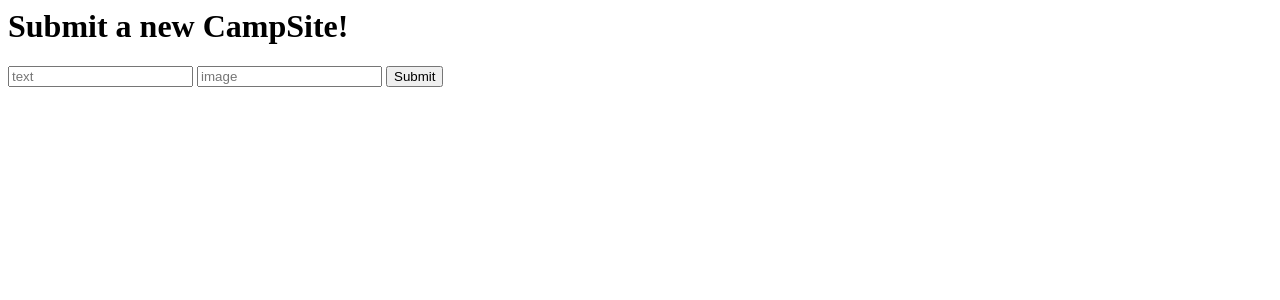
Repository: ritwikjog/Yelp-Camp
Page: http://localhost/campsites/new
The author's editor kept a record of every edit. The page is drawn from the files as they stood at one moment, then again after the next edit.
The browser window is 1280 px wide. The pictures show the whole page.
Some web libraries are served in a nearby version. The page is served by the project's Node server (v2/app.js).

Above is the page before.

After the next edit:
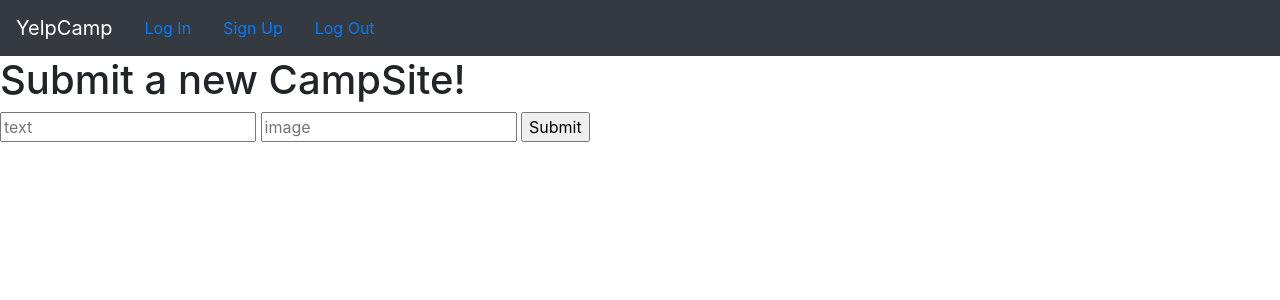
The edit:
--- a/v2/views/new.ejs
+++ b/v2/views/new.ejs
@@ -1,3 +1,5 @@
+<% include partials/header %>
+
 <h1>Submit a new CampSite! </h1>
 
 <form action="/campsites" method="POST">
